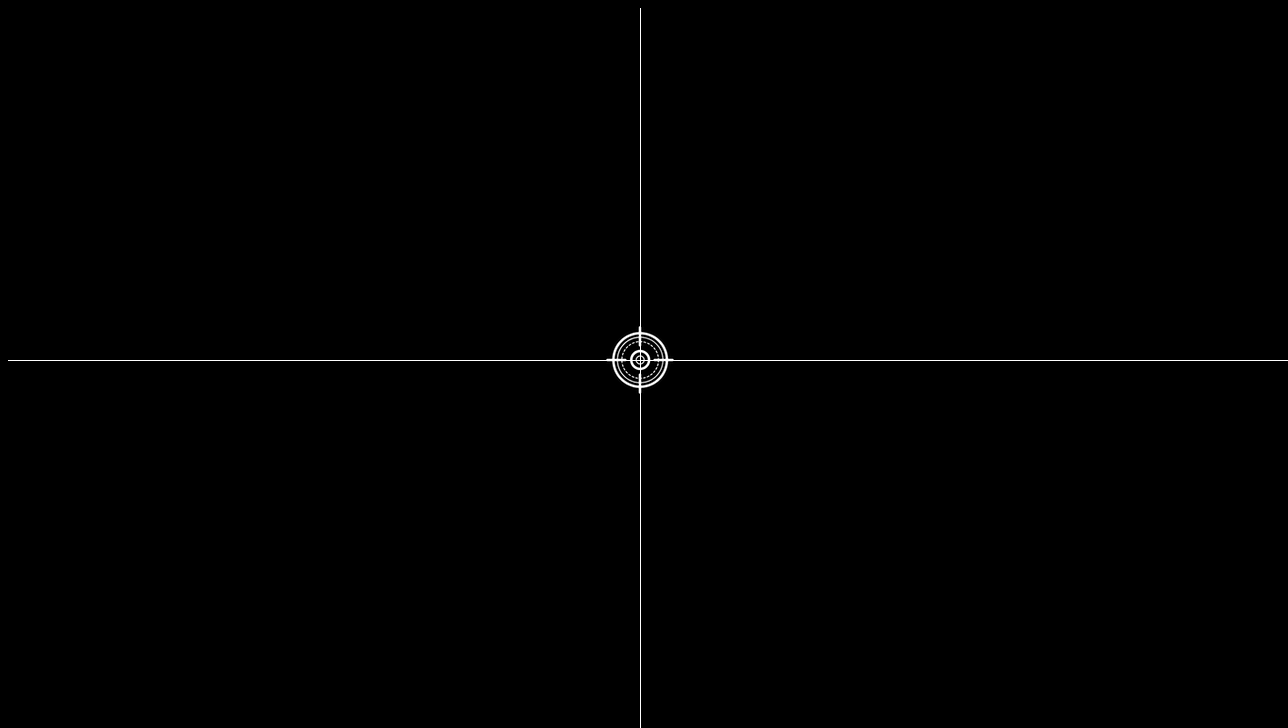
Repository: ggandory/browser101
Page: chapter3/coordinates/index.html
The author's editor kept a copy of each file at every save. The page is drawn from the files as they stood at one save, then again after the next save.
The browser window is 1280 px wide. The page is 1288 px wide, so the pictures cover 1288 px, including what lies to the right of the window. The pictures show the whole page.

Above is the page before, as saved 2024-04-10 23:12:47.

### chapter3/coordinates/index.html
<!DOCTYPE html>
<html lang="en">
  <head>
    <meta charset="UTF-8" />
    <meta name="viewport" content="width=device-width, initial-scale=1.0" />
    <title>Coordinates</title>
    <script src="main.js" defer></script>
    <link rel="stylesheet" href="style.css" />
  </head>
  <body>
    <div class="line horizontal"></div>
    <div class="line vertical"></div>
    <img class="target" src="img/target.png" alt="target" />
    <span class="tag"></span>
  </body>
</html>

### chapter3/coordinates/main.js
const vertical = document.querySelector(".vertical");
const horizontal = document.querySelector(".horizontal");
const target = document.querySelector(".target");
const tag = document.querySelector(".tag");

document.addEventListener("mousemove", (event) => {
  const x = event.clientX;
  const y = event.clientY;

  //console.log(`${x} ${y}`);

  vertical.style.transform = `translateX(${x}px)`;
  horizontal.style.transform = `translateY(${y}px)`;
  target.style.left = `${x}px`;
  target.style.top = `${y}px`;
  tag.style.left = `${x}px`;
  tag.style.top = `${y}px`;
  tag.innerHTML = `${x} ${y}`;
});

### chapter3/coordinates/style.css
body {
  background-color: black;
}
.line {
  position: absolute;
  background-color: white;
}
.horizontal {
  width: 100%;
  height: 1px;
  top: 50%;
}
.vertical {
  height: 100%;
  width: 1px;
  left: 50%;
}
.target {
  position: absolute;
  top: 50%;
  left: 50%;
  transform: translate(-50%, -50%);
}
.tag {
  color: white;
  position: absolute;
  top: 50%;
  left: 50%;
  font-size: 38px;
  transform: translate(20px, 20px);
}

After the next save:
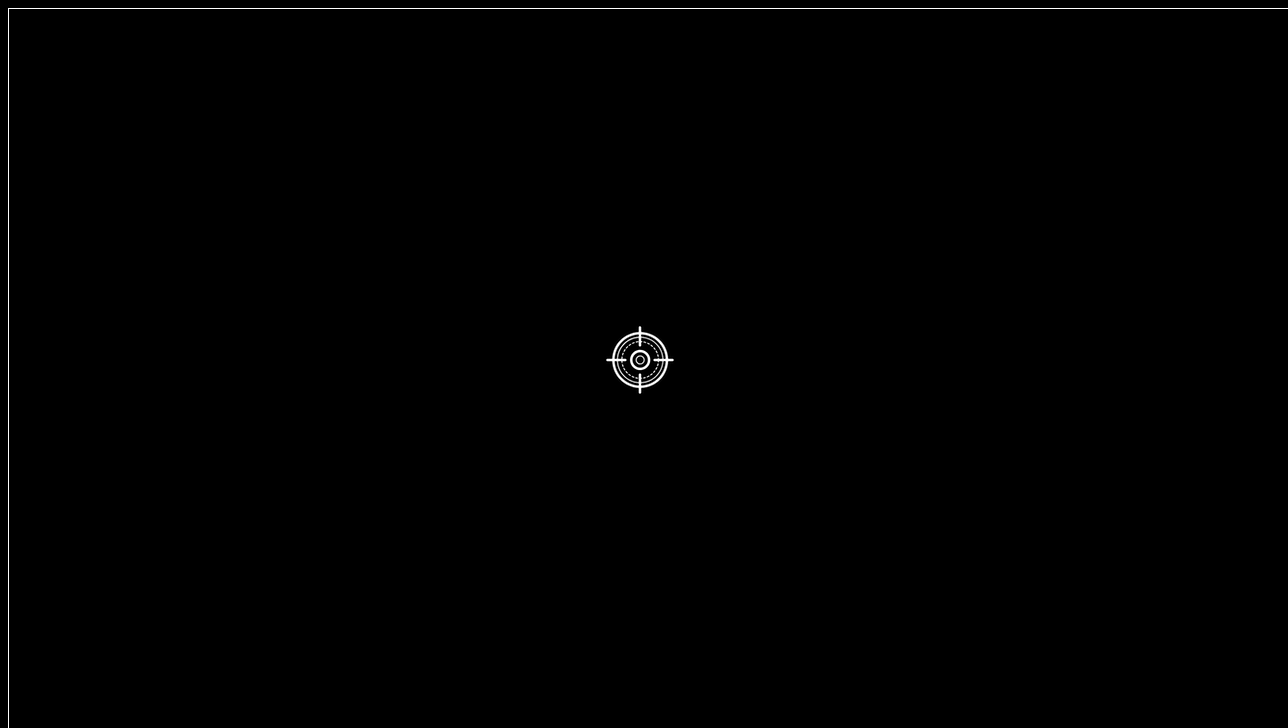
Saved 16 s later.
--- a/chapter3/coordinates/style.css
+++ b/chapter3/coordinates/style.css
@@ -8,12 +8,10 @@ body {
 .horizontal {
   width: 100%;
   height: 1px;
-  top: 50%;
 }
 .vertical {
   height: 100%;
   width: 1px;
-  left: 50%;
 }
 .target {
   position: absolute;
